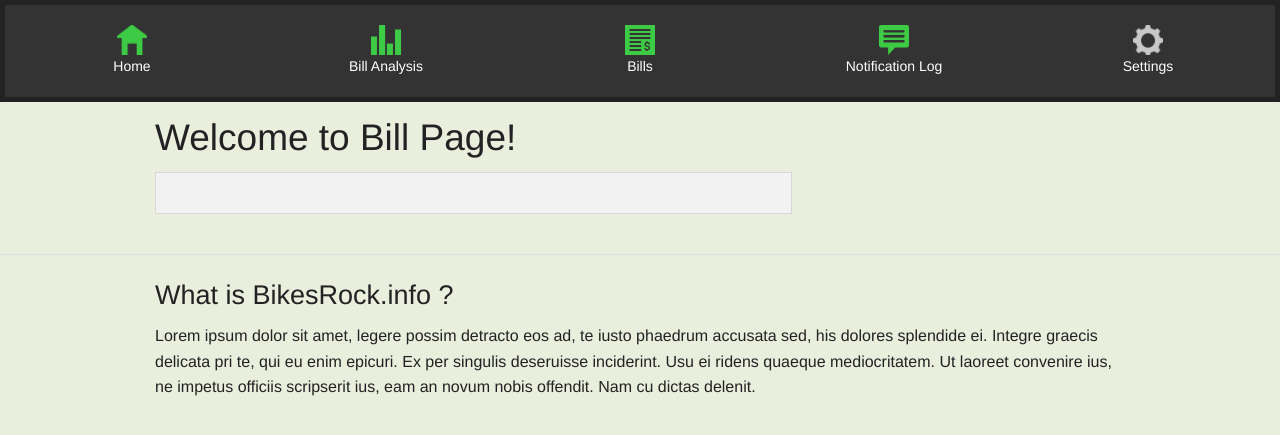
Repository: jcskillings/paidit
Page: billaccounts.html
The author's editor kept a record of every edit. The page is drawn from the files as they stood at one moment, then again after the next edit.
The browser window is 1280 px wide. The pictures show the whole page.

Above is the page before.

After the next edit:
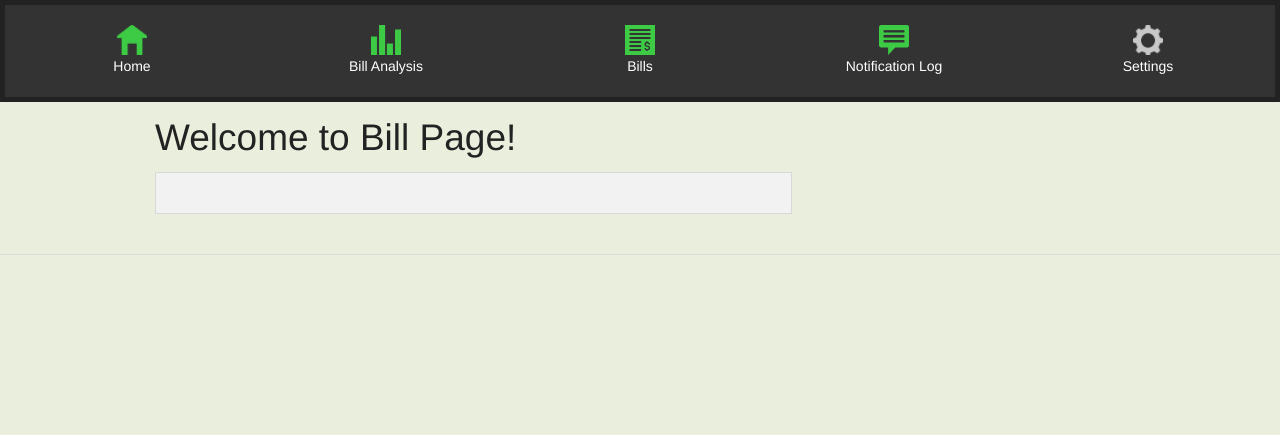
The edit:
--- a/billaccounts.html
+++ b/billaccounts.html
@@ -67,14 +67,7 @@
 
     <hr />
 
-    <div class="row">
 
-      <div class="large-12 columns">
-      <h3>What is BikesRock.info ?</h3>
-      <p>Lorem ipsum dolor sit amet, legere possim detracto eos ad, te iusto phaedrum accusata sed, his dolores splendide ei. Integre graecis delicata pri te, qui eu enim epicuri. Ex per singulis deseruisse inciderint. Usu ei ridens quaeque mediocritatem. Ut laoreet convenire ius, ne impetus officiis scripserit ius, eam an novum nobis offendit. Nam cu dictas delenit.</p>
-
-
-    </div>
 
 
 
